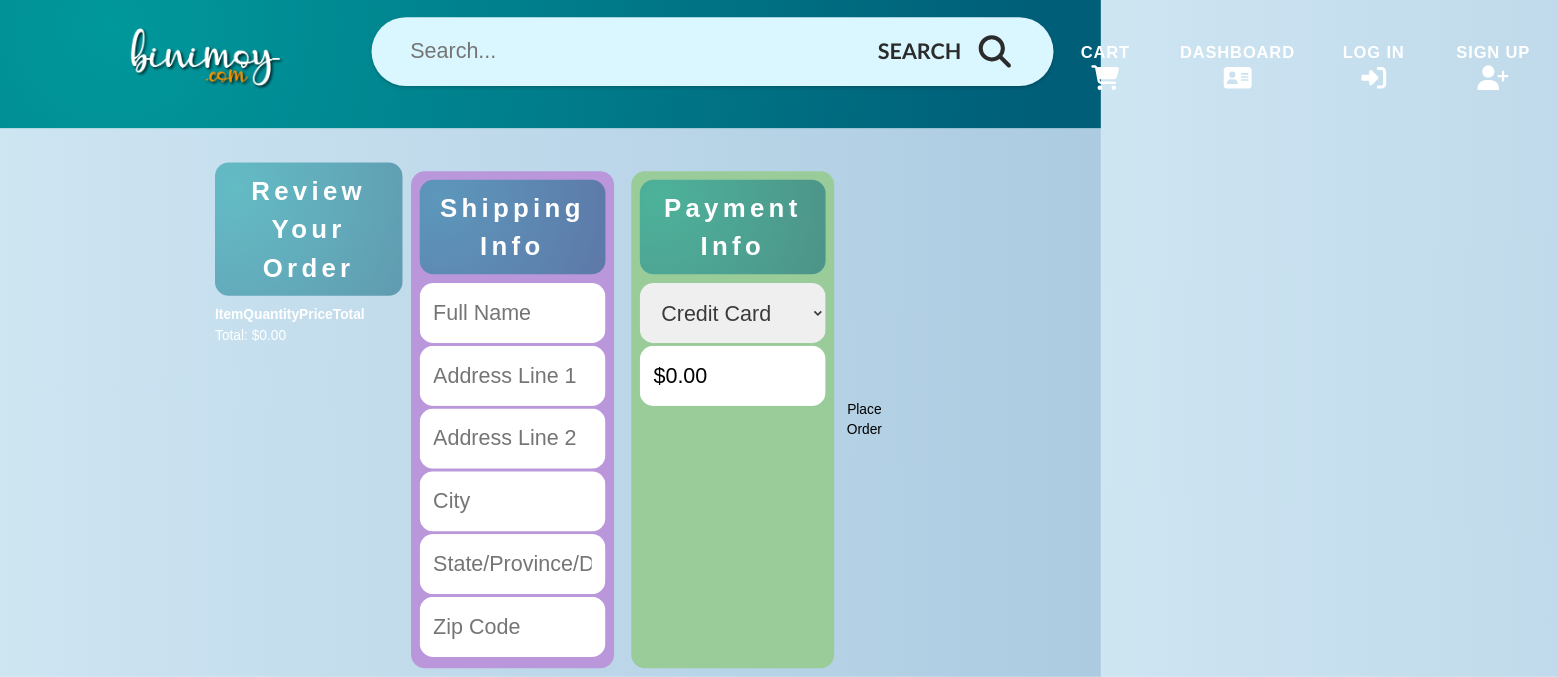
Repository: Shadman2024/2_1_DatabaseProject
Page: /checkout (app in frontend/)
An editor plug-in stored every save of this project. The page is shown before and after the next save, followed by the edit.
The browser window is 1280 px wide. The page is 1811 px wide, so the pictures cover 1811 px, including what lies to the right of the window. The pictures show the whole page, at 86% of full size.
Some web libraries are served in a nearby version. The project was rebuilt for these pictures with package versions that can differ from the ones it lists, and the page was loaded fresh each time. Also part of the build but not shown: frontend/src/App.css, frontend/src/signUp/signup.js, frontend/src/logIn/login.js, frontend/src/Home/home.module.css, frontend/src/Home/hero.js, frontend/src/Home/hero2.js, frontend/src/Home/hero3.js, frontend/src/Home/smallcategory.module.css and 31 more.

Above is the page before, as saved 2024-03-08 15:24:37.

### frontend/public/index.html
<!DOCTYPE html>
<html lang="en">

<head>
  <meta charset="utf-8" />
  <link rel="icon" href="%PUBLIC_URL%/favicon.ico" />
  <meta name="viewport" content="width=device-width, initial-scale=1" />
  <meta name="theme-color" content="#000000" />
  <meta name="description" content="Web site created using create-react-app" />
  <link rel="apple-touch-icon" href="%PUBLIC_URL%/logo192.png" />
  <!--
      manifest.json provides metadata used when your web app is installed on a
      user's mobile device or desktop. See https://developers.google.com/web/fundamentals/web-app-manifest/
    -->
  <link rel="manifest" href="%PUBLIC_URL%/manifest.json" />
  <link href="https://cdn.jsdelivr.net/npm/bootstrap@5.0.2/dist/css/bootstrap.min.css" rel="stylesheet"
    integrity="sha384-EVSTQN3/azprG1Anm3QDgpJLIm9Nao0Yz1ztcQTwFspd3yD65VohhpuuCOmLASjC" crossorigin="anonymous">
  <!--
      Notice the use of %PUBLIC_URL% in the tags above.
      It will be replaced with the URL of the `public` folder during the build.
      Only files inside the `public` folder can be referenced from the HTML.

      Unlike "/favicon.ico" or "favicon.ico", "%PUBLIC_URL%/favicon.ico" will
      work correctly both with client-side routing and a non-root public URL.
      Learn how to configure a non-root public URL by running `npm run build`.
    -->
  <title>React App</title>
</head>

<body style="background: linear-gradient(to right, #cee5f2, #accbe1);
/* Other styles */
margin: 0;
height: 100vh;
color: white;">
<!-- <body style="background: #1B1B1B"> -->


  <noscript>You need to enable JavaScript to run this app.</noscript>
  <div id="root"></div>
  <!--
      This HTML file is a template.
      If you open it directly in the browser, you will see an empty page.

      You can add webfonts, meta tags, or analytics to this file.
      The build step will place the bundled scripts into the <body> tag.

      To begin the development, run `npm start` or `yarn start`.
      To create a production bundle, use `npm run build` or `yarn build`.
    -->
  <script src="https://cdn.jsdelivr.net/npm/bootstrap@5.0.2/dist/js/bootstrap.bundle.min.js"
    integrity="sha384-MrcW6ZMFYlzcLA8Nl+NtUVF0sA7MsXsP1UyJoMp4YLEuNSfAP+JcXn/tWtIaxVXM"
    crossorigin="anonymous"></script>
  <script src="https://cdn.jsdelivr.net/npm/@popperjs/core@2.9.2/dist/umd/popper.min.js"
    integrity="sha384-IQsoLXl5PILFhosVNubq5LC7Qb9DXgDA9i+tQ8Zj3iwWAwPtgFTxbJ8NT4GN1R8p"
    crossorigin="anonymous"></script>
  <script src="https://cdn.jsdelivr.net/npm/bootstrap@5.0.2/dist/js/bootstrap.min.js"
    integrity="sha384-cVKIPhGWiC2Al4u+LWgxfKTRIcfu0JTxR+EQDz/bgldoEyl4H0zUF0QKbrJ0EcQF"
    crossorigin="anonymous"></script>
  <script src="https://code.jquery.com/jquery-3.2.1.slim.min.js"
    integrity="sha384-KJ3o2DKtIkvYIK3UENzmM7KCkRr/rE9/Qpg6aAZGJwFDMVNA/GpGFF93hXpG5KkN"
    crossorigin="anonymous"></script>
  <script src="https://cdnjs.cloudflare.com/ajax/libs/popper.js/1.12.3/umd/popper.min.js"
    integrity="sha384-vFJXuSJphROIrBnz7yo7oB41mKfc8JzQZiCq4NCceLEaO4IHwicKwpJf9c9IpFgh"
    crossorigin="anonymous"></script>
  <script src="https://maxcdn.bootstrapcdn.com/bootstrap/4.0.0-beta.2/js/bootstrap.min.js"
    integrity="sha384-alpBpkh1PFOepccYVYDB4do5UnbKysX5WZXm3XxPqe5iKTfUKjNkCk9SaVuEZflJ"
    crossorigin="anonymous"></script>


</body>

</html>

### frontend/src/index.css
*{
  margin: 0;
  outline: none;
}
body {
  margin: 0;
  font-family: -apple-system, BlinkMacSystemFont, 'Segoe UI', 'Roboto', 'Oxygen',
    'Ubuntu', 'Cantarell', 'Fira Sans', 'Droid Sans', 'Helvetica Neue',
    sans-serif;
  -webkit-font-smoothing: antialiased;
  -moz-osx-font-smoothing: grayscale;
}

code {
  font-family: source-code-pro, Menlo, Monaco, Consolas, 'Courier New',
    monospace;
}
html {
  scroll-behavior: smooth;
  position: relative;
  min-height: 100%;
  overflow-x: hidden;
}

### frontend/src/signUp/signup.module.css

.login_box {
  position: absolute;
  top: 50%;
  left: 50%;
  width: 400px;
  padding: 40px;
  margin: 20px auto;
  transform: translate(-50%, -55%);
  background-image: radial-gradient( circle farthest-corner at 10% 20%,  rgba(0,152,155,1) 0.1%, rgba(0,94,120,1) 94.2% );
  box-sizing: border-box;
  box-shadow: 0 15px 25px rgba(0,0,0,.6);
  border-radius: 10px;
  color: #ffffff;
  font-size: large;
  /* padding-left: 100px;
  padding-right: 100px; */
}
.login_box .user_box {
  position: relative;
}

.login_box .user_box input {
  width: 100%;
  padding: 10px 0;
  font-size: 16px;
  color: #fffdfd;
  margin-bottom: 30px;
  border: none;
  /* background-color: #0F1F2A; */
  border-bottom: 1px solid #ffffff;
  outline: none;
  background: transparent;
  font-size: larger;
  /* font-weight: bolder; */
}

.login_box .user_box label {
  position: absolute;
  top: -20px;
  left: 0;
  padding: 10px 0;
  font-size: 20px;
  color: #ffffff;
  /* background-color: #2E5D7F; */
  pointer-events: none;
  transition: .5s;
  font-size: large;
  /* padding: 0px;
  padding-left: 20%;
  padding-right: 20%; */
  font-weight: bold;
}

.login_box .user_box input:focus ~ label,
.login_box .user_box input:valid ~ label {
  /* top: -20px; */
  left: 0;
  color: #ffffff;
  font-size: 20px;
  /* background-color: #242424; */
  padding: 0px;
  padding-left: 10px;
  padding-right: 10px;
  font-weight: bolder;
}


.login_box p:first-child {
  margin: 0 0 30px;
  padding: 0;
  color: #ffffff;
  text-align: center;
  font-size: 1.5rem;
  font-weight: bold;
  letter-spacing: 1px;
  padding-bottom: 30px;
}




.animated_button {
  position: relative;
  display: inline-block;
  padding: 12px 24px;
  border: none;
  font-size: 16px;
  background-color: inherit;
  border-radius: 100px;
  font-weight: 600;
  color: #ffffff;
  box-shadow: 0 0 0 2px #ffffff00;
  cursor: pointer;
  overflow: hidden;
  transition: all 0.6s cubic-bezier(0.23, 1, 0.320, 1);
  text-align: center;
  font-size: 1.2rem;
  /* font-weight: bold; */
  letter-spacing: 1px;
  /* padding-bottom: 30px; */
}

.animated_button span:last-child {
  position: absolute;
  top: 50%;
  left: 50%;
  transform: translate(-50%, -50%);
  width: 20px;
  height: 20px;
  background-color: #fff;
  /* color: #000; */
  border-radius: 50%;
  opacity: 0;
  transition: all 0.8s cubic-bezier(0.23, 1, 0.320, 1);
}

.animated_button span:first-child {
  position: relative;
  z-index: 1;
}

.animated_button:hover {
  box-shadow: 0 0 0 3px #ffffff;
  color: #2F0332;
}

.animated_button:active {
  scale: 0.95;
}

.animated_button:hover span:last-child {
  width: 150px;
  height: 150px;
  opacity: 1;
}

input {
  color: white;
  background-color: black;
}

::-ms-reveal {
  filter: invert(100%);
}

/* Chrome, Safari, Edge, Opera */
input::-webkit-outer-spin-button,
input::-webkit-inner-spin-button {
-webkit-appearance: none;
margin: 0;
}

### frontend/src/logIn/login.module.css


.login_box {
  position: absolute;
  top: 50%;
  left: 50%;
  width: 400px;
  padding: 40px;
  margin: 20px auto;
  transform: translate(-50%, -55%);
  background-image: radial-gradient( circle farthest-corner at 10% 20%,  rgba(0,152,155,1) 0.1%, rgba(0,94,120,1) 94.2% );
  box-sizing: border-box;
  box-shadow: 0 15px 25px rgba(0, 0, 0, .6);
  border-radius: 10px;
  color: #ffffff;
  font-size: large;
  /* padding-left: 100px;
  padding-right: 100px; */
}

.login_box .user_box {
  position: relative;
}

.login_box .user_box input {
  width: 100%;
  padding: 10px 0;
  font-size: 16px;
  color: #fffdfd;
  margin-bottom: 30px;
  border: none;
  /* background-color: #0F1F2A; */
  border-bottom: 1px solid #ffffff;
  outline: none;
  background: transparent;
  font-size: larger;
  /* font-weight: bolder; */
}

.login_box .user_box label {
  position: absolute;
  top: -20px;
  left: 0;
  padding: 10px 0;
  font-size: 20px;
  color: #ffffff;
  /* background-color: #2E5D7F; */
  pointer-events: none;
  transition: .5s;
  font-size: large;
  /* padding: 0px;
  padding-left: 20%;
  padding-right: 20%; */
  font-weight: bold;
}

.login_box .user_box input:focus~label,
.login_box .user_box input:valid~label {
  /* top: -20px; */
  left: 0;
  color: #ffffff;
  font-size: 20px;
  /* background-color: #242424; */
  padding: 0px;
  padding-left: 10px;
  padding-right: 10px;
  font-weight: bolder;
}


.login_box p:first-child {
  margin: 0 0 30px;
  padding: 0;
  color: #ffffff;
  text-align: center;
  font-size: 1.5rem;
  font-weight: bold;
  letter-spacing: 1px;
  padding-bottom: 30px;
}




.animated_button {
  position: relative;
  display: inline-block;
  padding: 12px 24px;
  border: none;
  font-size: 16px;
  background-color: inherit;
  border-radius: 100px;
  font-weight: 600;
  color: #ffffff;
  box-shadow: 0 0 0 2px #ffffff00;
  cursor: pointer;
  overflow: hidden;
  transition: all 0.6s cubic-bezier(0.23, 1, 0.320, 1);
  text-align: center;
  font-size: 1.2rem;
  /* font-weight: bold; */
  letter-spacing: 1px;
  /* padding-bottom: 30px; */
}

.animated_button span:last-child {
  position: absolute;
  top: 50%;
  left: 50%;
  transform: translate(-50%, -50%);
  width: 20px;
  height: 20px;
  background-color: #fff;
  /* color: #000; */
  border-radius: 50%;
  opacity: 0;
  transition: all 0.8s cubic-bezier(0.23, 1, 0.320, 1);
}

.animated_button span:first-child {
  position: relative;
  z-index: 1;
}

.animated_button:hover {
  box-shadow: 0 0 0 3px #ffffff;
  color: #2F0332;
}

.animated_button:active {
  scale: 0.95;
}

.animated_button:hover span:last-child {
  width: 150px;
  height: 150px;
  opacity: 1;
}

input {
  color: white;
  background-color: black;
}

::-ms-reveal {
  filter: invert(100%);
}

### frontend/src/dashboard/dashboard.module.css
body {
    /* font-family: Arial, sans-serif; */
    margin: 0;
    padding: 0;
    box-sizing: border-box;
    /* font-size: larger; */
}

.container {
    font-size: 30px;
    display: flex;
    justify-content: space-around;
    margin: 20px;
    margin-left: 130px;
    margin-right: 130px;
}

.user_info,
.order_info {
    flex-basis: 45%;
    padding: 20px;
    box-shadow: 0 0 10px rgba(0, 0, 0, 0.1);
}


.user_photo {
    width: 200px;
    height: 200px;
    object-fit: cover;
    border-radius: 50%;
    margin-bottom: 20px;
}

h2 {
    color: #333;
    margin-bottom: 15px;
}

p {
    line-height: 1.6;
    color: #666;
}

strong {
    color: #333;
}

@media (max-width: 768px) {
    .container {
        flex-direction: column;
        align-items: center;
    }

    .user-info,
    .order-info {
        flex-basis: 90%;
    }
}

.title {
    /* Add styles for your title here */
    margin-bottom: 10px;
    /* Example space between title and wrapper */
    font-size: 30px;
    color: rgb(255, 255, 255);
    font-weight: bolder;
    padding-left: 200px;
    background-image: radial-gradient( circle farthest-corner at 10% 20%,  rgba(0,152,155,1) 0.1%, rgba(0,94,120,1) 94.2% );
    margin-top: 0px;
    letter-spacing: 5px;
}

.animated_button {
    position: relative;
    display: inline-block;
    padding: 12px 24px;
    border: none;
    font-size: 16px;
    background-color: rgb(71, 0, 73);
    border-radius: 100px;
    font-weight: 600;
    color: rgb(255, 255, 255);
    box-shadow: 0 0 0 2px #ffffff00;
    cursor: pointer;
    overflow: hidden;
    transition: all 0.6s cubic-bezier(0.23, 1, 0.320, 1);
    text-align: center;
    font-size: 1.2rem;
    /* font-weight: bold; */
    letter-spacing: 1px;
    /* padding-bottom: 30px; */
}

.animated_button span:last-child {
    position: absolute;
    top: 50%;
    left: 50%;
    transform: translate(-50%, -50%);
    width: 20px;
    height: 20px;
    background-color: rgb(71, 0, 73);
    /* color: #000; */
    border-radius: 50%;
    opacity: 0;
    transition: all 0.8s cubic-bezier(0.23, 1, 0.320, 1);
}

.animated_button span:first-child {
    position: relative;
    z-index: 1;
}

.animated_button:hover {
    box-shadow: 0 0 0 3px #ffffff;
    color: #2F0332;
}

.animated_button:active {
    scale: 0.95;
}

.animated_button:hover span:last-child {
    width: 150px;
    height: 150px;
    opacity: 1;
}
.userDetails {
    margin-bottom: 10px;
    color: #0f0f0f;
    font-size: 30px;
}

.userDetails strong {
    color: #2c2c2c;
    font-weight: bold;
}
.user_photo{
    margin-top: 10px;
}

.userDetail {
    display: flex;
    align-items: center;
    margin-bottom: 10px;
}

.detailLabel, .detailValue {
    margin-right: 100px;
}

.detailLabel {
    /* If you want the labels to have a fixed width for alignment */
    width: 220px;
    font-weight: bold;
    color: #000;
}

.detailValue {
    flex-grow: 1;
    color: #333;
}

/* Your existing styles */

### frontend/src/orders/orders.module.css
/* orders.module.css */
.orders_container {
  padding: 20px;
  /* background: #f5f5f5; */
  border-radius: 8px;
  /* box-shadow: 0 2px 4px rgba(0,0,0,0.1); */
  margin-left: 250px;
  margin-right: 250px;
  margin-left: 250px;
  margin-top: 40px;
  margin-right: 250px;
  padding: 20px;
  /* background-color: #f9f9f9; */
  border-radius: 8px;
  box-shadow: 0 2px 4px rgba(0,0,0,0.3);
  background-color: #97adda;
}

.title {
  font-size: 30px;;
  color: rgb(255, 255, 255);
  font-weight: bolder;
  background-image: radial-gradient( circle farthest-corner at 10% 20%,  rgba(0,152,155,50%) 0.1%, rgba(0,94,120,50%) 94.2% );
  margin-top: 0px;
  /* background-color: #ba96db; */
  letter-spacing: 5px;
  margin-bottom: 0px;
  padding-bottom: 0px;
  border-radius: 0.5rem;
  padding: 10px;
  text-align: center;
  border-radius: 1rem 1rem 1rem 1rem;
  margin-bottom: 10px;
}

.order {
  /* background: #ffffff; */
  padding: 15px;
  margin-bottom: 20px;
  /* border-radius: 8px; */
  /* box-shadow: 0 1px 3px rgba(0,0,0,0.12), 0 1px 2px rgba(0,0,0,0.24); */
  font-size: 20px;
  border-radius: 1rem 1rem 1rem 1rem;
  background-color: white;
}

.order h3 {
  color: #0275d8;
  font-size: 20px;
  margin-top: 0;
  margin-bottom: 10px;
}

.order p {
  color: #313131;
  margin: 5px 0;
}

ul {
  list-style-type: none;
  padding: 0;
}

li {
  margin: 5px 0;
  color: #363636;
}

strong {
  color: #333;
}

/* Specific styles for shipping and payment sections */
.order > div {
  margin-top: 10px;
  padding-top: 10px;
  border-top: 1px solid #eee;
}

/* Adjust the below properties as per your UI requirements */
.orders_table {
  width: 100%;
  border-collapse: collapse;
}

.orders_table th, .orders_table td {
  text-align: left;
  padding: 8px;
  border-bottom: 1px solid #ddd;
}

.orders_table th {
  background-color: #f9f9f9;
}
.orders_table {
  width: 100%;
  margin-top: 10px;
  border-collapse: collapse;
}

.orders_table th, .orders_table td {
  text-align: left;
  padding: 8px;
  border-bottom: 1px solid #ddd;
}

.orders_table th {
  background-color: teal;
  /* color: #313131; */
}
.orders_table td {
  background-color: #e0e0e0;
  color: #313131;
}

### frontend/src/checkout/checkout.module.css
.container{
    display: flex;
    margin-left: 250px;
    margin-right: 250px;
    margin-top: 40px;
}
.shipping{
    background-color: #ba96db;
    padding: 10px;
    width: 50%;
    margin: 10px;
    border-radius: 1rem 1rem 1rem 1rem;
}
.payment{
    background-color: #9acc9a;
    padding: 10px;
    width: 50%;
    margin: 10px;
    border-radius: 1rem 1rem 1rem 1rem;
    margin-bottom: 10px;
}
.title {
    font-size: 30px;;
    color: rgb(255, 255, 255);
    font-weight: bolder;
    background-image: radial-gradient( circle farthest-corner at 10% 20%,  rgba(0,152,155,50%) 0.1%, rgba(0,94,120,50%) 94.2% );
    margin-top: 0px;
    /* background-color: #ba96db; */
    letter-spacing: 5px;
    margin-bottom: 0px;
    padding-bottom: 0px;
    border-radius: 0.5rem;
    margin-bottom: 10px;
    padding: 10px;
    text-align: center;
    border-radius: 1rem 1rem 1rem 1rem;
}
.checkoutForm {
    display: flex;
    flex-direction: column;
    /* gap: 10px;  */
}
input{
    background-color: #ffffff;
    border: 1px solid #9acc9a00;
    color: black;
    height: 70px;
    border-radius: 1rem 1rem 1rem 1rem;
    margin-bottom: 3px;
}
input[type="text"] {
    padding: 8px 15px;
    /* margin: 8px 0;  */
    display: inline-block;
    /* border: 1px solid #ccc;  */
    /* border-radius: 4px;  */
    box-sizing: border-box;
    /* text-align: center; */
    font-size: 25px;
    width: 100%;
}
input[type="text"]:focus {
    border-color: #4CAF50;
    outline: none;
}


.formGroup select {
    /* background-image: url('data:[embedded picture, 189 characters]'); */
    background-repeat: no-repeat;
    background-position: right 10px center; /* Positions the arrow to the right */
    background-size: 12px 12px; /* Size of the arrow */
    height: 70px;
    border-radius: 1rem 1rem 1rem 1rem;
    border: 1px solid #9acc9a00;
    margin-bottom: 3px;
    width: 100%;
    font-size: 25px;
    color: rgb(59, 59, 59);
    padding-left: 20px;
}

/* Focus style */
.formGroup select:focus {
    border-color: #4CAF50; /* Example focus color */
    outline: none; /* Removes default focus outline */
}

/* If you have a label */
.formGroup label {
    margin-bottom: 5px; /* Space between label and select */
    font-weight: bold; /* Optional: makes label text bold */
    font-size: 25px;
  }

### frontend/src/Home/hero.module.css
.hero {
    /* height: 100vh; */
    background: linear-gradient(180deg, #fde1ff, #e1ffea22 60%);
    display: flex;
    margin-bottom: 25px;
}

.hero_left {
    flex: 1;
    display: flex;
    flex-direction: column;
    /* justify-content: center; */
    padding-top: 10px;
    gap: 2px;
    padding-left: 10px;
    line-height: 1.1;
}

.hero_left h2 {
    color: rgb(41, 0, 35);
    font-size: 26 px;
    font-weight: 600;
}

.hero_left p {
    color: rgb(50, 0, 54);
    font-size: 100px;
    font-weight: 600;
}

.hero_hand_icon {
    display: flex;
    align-items: center;
    gap: 20px;
}

.image {
    /* max-width: 100%; */
    width: 199%;
    height: 500px;
    display: block; /* Ensure images resize within their container */
    border: 2px solid black;
    border-radius: 0.4rem;
  }

/* .hero-latest-btn{
    display: flex;
    justify-content: center;
    align-items: center;
    gap: 15px;
    width: 310px;
    height: 70px;
    background: #3d1a3f;
    color: white;
    font-size: 22px;
    font-weight: 500;

} */

.hero_right {
    flex: 1;
    display: flex;
    align-items: center;
    justify-content: center;
}

button {
    position: relative;
    display: inline-block;
    cursor: pointer;
    outline: none;
    border: 0;
    vertical-align: middle;
    text-decoration: none;
    background: transparent;
    padding: 0;
    font-size: inherit;
    font-family: inherit;
}

button.learn_more {
    width: 12rem;
    height: auto;
}

button.learn_more .circle {
    transition: all 0.45s cubic-bezier(0.65, 0, 0.076, 1);
    position: relative;
    display: block;
    margin: 0;
    width: 3rem;
    height: 3rem;
    background: #ffffff;
    border-radius: 1.625rem;
}

button.learn_more .circle .icon {
    transition: all 0.45s cubic-bezier(0.65, 0, 0.076, 1);
    position: absolute;
    top: 0;
    bottom: 0;
    margin: auto;
    background: #ffffff;
}

button.learn_more .circle .icon {
    transition: all 0.45s cubic-bezier(0.65, 0, 0.076, 1);
    left: 0.625rem;
    width: 1.125rem;
    height: 0.125rem;
    background: none;
}

button.learn_more .circle .icon::before {
    position: absolute;
    content: "";
    top: -0.29rem;
    right: 0.0625rem;
    width: 0.625rem;
    height: 0.625rem;
    border-top: 0.125rem solid #020202;
    border-right: 0.125rem solid #000000;
    transform: rotate(45deg);
}

button.learn_more .button_text {
    transition: all 0.45s cubic-bezier(0.65, 0, 0.076, 1);
    position: absolute;
    top: 0;
    left: 0;
    right: 0;
    bottom: 0;
    padding: 0.75rem 0;
    margin: 0 0 0 1.85rem;
    color: #ffffff;
    font-weight: 700;
    line-height: 1.6;
    text-align: center;
    text-transform: uppercase;
}

button:hover .circle {
    width: 100%;
}

button:hover .circle .icon{
    background: #000000;
    transform: translate(1rem, 0);
}

button:hover .button_text {
    color: #000000;
}

Loaded but not shown: frontend/src/checkout/checkout.js (120 lines, source omitted); frontend/src/NavBar/nav.js (82 lines, source omitted); frontend/src/App.js (81 lines, source omitted); frontend/src/index.js (10 lines, source omitted); frontend/src/seach/search.module.css (299 lines, source omitted); frontend/src/NavBar/nav.module.css (307 lines, source omitted); frontend/src/Home/hero2.module.css (153 lines, source omitted); frontend/src/Home/hero3.module.css (153 lines, source omitted); frontend/src/admin/admin.module.css (no stored copy; drawn as an empty file)

After the next save:
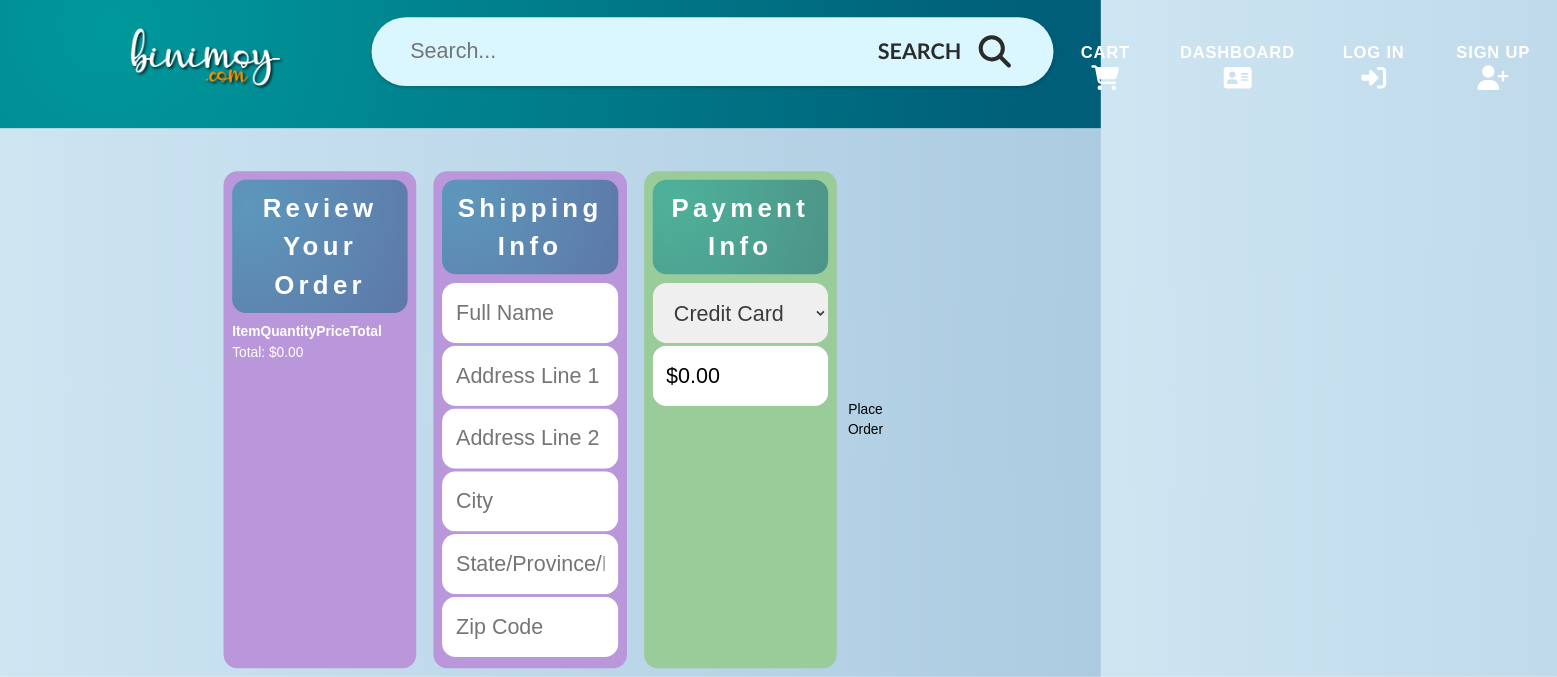
Saved 26 s later.
--- a/frontend/src/checkout/checkout.module.css
+++ b/frontend/src/checkout/checkout.module.css
@@ -3,6 +3,13 @@
     margin-left: 250px;
     margin-right: 250px;
     margin-top: 40px;
+}
+.cartReview{
+    background-color: #ba96db;
+    padding: 10px;
+    width: 50%;
+    margin: 10px;
+    border-radius: 1rem 1rem 1rem 1rem;
 }
 .shipping{
     background-color: #ba96db;
